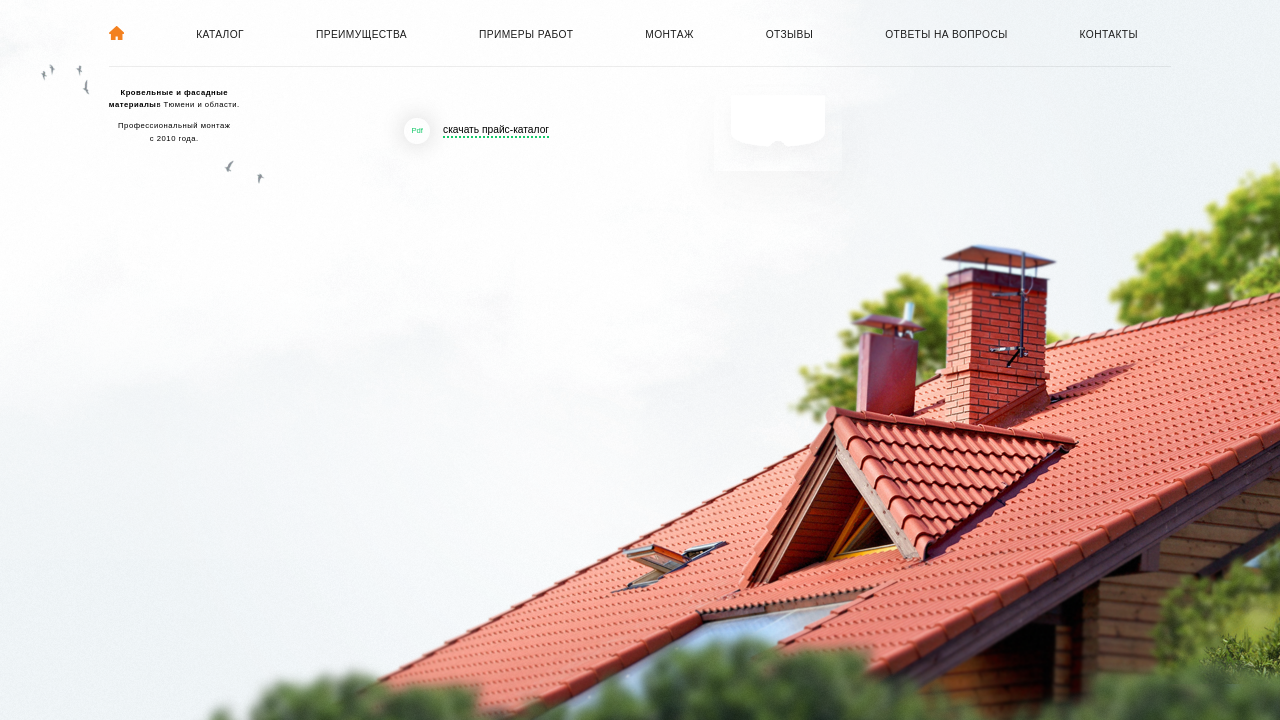
Repository: dima-hacker0/test_task_deyneka
Page: /
An editor plug-in stored every save of this project. The page is shown before and after the next save, followed by the edit.
The browser window is 1280 px wide. The pictures show the whole page.
The project was rebuilt for these pictures with package versions that can differ from the ones it lists, and the page was loaded fresh each time.

Above is the page before, as saved 2022-06-22 16:22:18.

### src/index.css
/*! normalize.css v8.0.1 | MIT License | github.com/necolas/normalize.css */

/* Document
   ========================================================================== */

/**
 * 1. Correct the line height in all browsers.
 * 2. Prevent adjustments of font size after orientation changes in iOS.
 */
* {
  margin: 0;
  padding: 0;
}

html {
  line-height: 1.15; /* 1 */
  -webkit-text-size-adjust: 100%; /* 2 */
}

/* Sections
   ========================================================================== */

/**
 * Remove the margin in all browsers.
 */

body {
  margin: 0;
  font-family: "Montserrat", sans-serif;
}

/**
 * Render the `main` element consistently in IE.
 */

main {
  display: block;
}

/**
 * Correct the font size and margin on `h1` elements within `section` and
 * `article` contexts in Chrome, Firefox, and Safari.
 */

h1 {
  font-size: 2em;
  margin: 0.67em 0;
}

/* Grouping content
   ========================================================================== */

/**
 * 1. Add the correct box sizing in Firefox.
 * 2. Show the overflow in Edge and IE.
 */

hr {
  box-sizing: content-box; /* 1 */
  height: 0; /* 1 */
  overflow: visible; /* 2 */
}

/**
 * 1. Correct the inheritance and scaling of font size in all browsers.
 * 2. Correct the odd `em` font sizing in all browsers.
 */

pre {
  font-family: monospace, monospace; /* 1 */
  font-size: 1em; /* 2 */
}

/* Text-level semantics
   ========================================================================== */

/**
 * Remove the gray background on active links in IE 10.
 */

a {
  background-color: transparent;
  text-decoration: none;
}

/**
 * 1. Remove the bottom border in Chrome 57-
 * 2. Add the correct text decoration in Chrome, Edge, IE, Opera, and Safari.
 */

abbr[title] {
  border-bottom: none; /* 1 */
  text-decoration: underline; /* 2 */
  text-decoration: underline dotted; /* 2 */
}

/**
 * Add the correct font weight in Chrome, Edge, and Safari.
 */

b,
strong {
  font-weight: bolder;
}

/**
 * 1. Correct the inheritance and scaling of font size in all browsers.
 * 2. Correct the odd `em` font sizing in all browsers.
 */

code,
kbd,
samp {
  font-family: monospace, monospace; /* 1 */
  font-size: 1em; /* 2 */
}

/**
 * Add the correct font size in all browsers.
 */

small {
  font-size: 80%;
}

/**
 * Prevent `sub` and `sup` elements from affecting the line height in
 * all browsers.
 */

sub,
sup {
  font-size: 75%;
  line-height: 0;
  position: relative;
  vertical-align: baseline;
}

sub {
  bottom: -0.25em;
}

sup {
  top: -0.5em;
}

/* Embedded content
   ========================================================================== */

/**
 * Remove the border on images inside links in IE 10.
 */

img {
  border-style: none;
}

/* Forms
   ========================================================================== */

/**
 * 1. Change the font styles in all browsers.
 * 2. Remove the margin in Firefox and Safari.
 */

button,
input,
optgroup,
select,
textarea {
  font-family: inherit; /* 1 */
  font-size: 100%; /* 1 */
  line-height: 1.15; /* 1 */
  margin: 0; /* 2 */
}

/**
 * Show the overflow in IE.
 * 1. Show the overflow in Edge.
 */

button,
input {
  /* 1 */
  overflow: visible;
}

/**
 * Remove the inheritance of text transform in Edge, Firefox, and IE.
 * 1. Remove the inheritance of text transform in Firefox.
 */

button,
select {
  /* 1 */
  text-transform: none;
}

/**
 * Correct the inability to style clickable types in iOS and Safari.
 */

button,
[type="button"],
[type="reset"],
[type="submit"] {
  -webkit-appearance: button;
}

/**
 * Remove the inner border and padding in Firefox.
 */

button::-moz-focus-inner,
[type="button"]::-moz-focus-inner,
[type="reset"]::-moz-focus-inner,
[type="submit"]::-moz-focus-inner {
  border-style: none;
  padding: 0;
}

/**
 * Restore the focus styles unset by the previous rule.
 */

button:-moz-focusring,
[type="button"]:-moz-focusring,
[type="reset"]:-moz-focusring,
[type="submit"]:-moz-focusring {
  outline: 1px dotted ButtonText;
}

/**
 * Correct the padding in Firefox.
 */

fieldset {
  padding: 0.35em 0.75em 0.625em;
}

/**
 * 1. Correct the text wrapping in Edge and IE.
 * 2. Correct the color inheritance from `fieldset` elements in IE.
 * 3. Remove the padding so developers are not caught out when they zero out
 *    `fieldset` elements in all browsers.
 */

legend {
  box-sizing: border-box; /* 1 */
  color: inherit; /* 2 */
  display: table; /* 1 */
  max-width: 100%; /* 1 */
  padding: 0; /* 3 */
  white-space: normal; /* 1 */
}

/**
 * Add the correct vertical alignment in Chrome, Firefox, and Opera.
 */

progress {
  vertical-align: baseline;
}

/**
 * Remove the default vertical scrollbar in IE 10+.
 */

textarea {
  overflow: auto;
}

/**
 * 1. Add the correct box sizing in IE 10.
 * 2. Remove the padding in IE 10.
 */

[type="checkbox"],
[type="radio"] {
  box-sizing: border-box; /* 1 */
  padding: 0; /* 2 */
}

/**
 * Correct the cursor style of increment and decrement buttons in Chrome.
 */

[type="number"]::-webkit-inner-spin-button,
[type="number"]::-webkit-outer-spin-button {
  height: auto;
}

/**
 * 1. Correct the odd appearance in Chrome and Safari.
 * 2. Correct the outline style in Safari.
 */

[type="search"] {
  -webkit-appearance: textfield; /* 1 */
  outline-offset: -2px; /* 2 */
}

/**
 * Remove the inner padding in Chrome and Safari on macOS.
 */

[type="search"]::-webkit-search-decoration {
  -webkit-appearance: none;
}

/**
 * 1. Correct the inability to style clickable types in iOS and Safari.
 * 2. Change font properties to `inherit` in Safari.
 */

::-webkit-file-upload-button {
  -webkit-appearance: button; /* 1 */
  font: inherit; /* 2 */
}

/* Interactive
   ========================================================================== */

/*
 * Add the correct display in Edge, IE 10+, and Firefox.
 */

details {
  display: block;
}

/*
 * Add the correct display in all browsers.
 */

summary {
  display: list-item;
}

/* Misc
   ========================================================================== */

/**
 * Add the correct display in IE 10+.
 */

template {
  display: none;
}

/**
 * Add the correct display in IE 10.
 */

[hidden] {
  display: none;
}

### src/App.jsx
import "./App.css";
import Header from "./components/header/header";
import MainPage from "./components/main_page/main_page";

function App() {
  return (
    <div className="App">
      <Header />
      <MainPage />
    </div>
  );
}

export default App;

### src/App.css
body {
  background-image: url(./images/BG.png);
  background-size: 100vw;
  background-repeat: no-repeat;
  min-height: 100vh;
}

### src/components/header/header.jsx
import Svg from "../../svg/svg";
import classes from "./header.module.css";

const Header = () => {
  return (
    <header className={classes.header}>
      <div className={classes.container}>
        <nav className={classes.navigation}>
          <a href="/">
            <Svg id="house" styles={classes.svg} />
          </a>
          <a href="/" className={classes.linkPage}>
            каталог
          </a>
          <a href="/" className={classes.linkPage}>
            преимущества
          </a>
          <a href="/" className={classes.linkPage}>
            примеры работ
          </a>
          <a href="/" className={classes.linkPage}>
            монтаж
          </a>
          <a href="/" className={classes.linkPage}>
            отзывы
          </a>
          <a href="/" className={classes.linkPage}>
            ответы на вопросы
          </a>
          <a href="/" className={classes.linkPage}>
            контакты
          </a>
        </nav>
      </div>
    </header>
  );
};

export default Header;

### src/components/main_page/main_page.jsx
import classes from "./main_page.module.css";
import TopPanel from "./top_panel/top_panel";

const MainPage = () => {
  return (
    <section className={classes.mainPage}>
      <div className={classes.container}>
        <TopPanel />
      </div>
    </section>
  );
};

export default MainPage;

### src/svg/svg.jsx
const Svg = ({ id, styles }) => {
  switch (id) {
    case "house":
      return (
        <svg
          className={styles}
          viewBox="0 0 23 22"
          fill="none"
          xmlns="http://www.w3.org/2000/svg"
        >
          <path
            d="M22.6129 9.77275L12.2944 0.311896C11.8406 -0.103965 11.1578 -0.103965 10.7041 0.311896L0.385564 9.77275C0.0216964 10.1073 -0.0951005 10.618 0.0800948 11.0791C0.25529 11.5402 0.691032 11.8385 1.18068 11.8385H2.82931V21.3174C2.82931 21.6926 3.13029 22 3.50763 22H9.1633C9.53615 22 9.84162 21.6971 9.84162 21.3174V15.5632H13.1658V21.3174C13.1658 21.6926 13.4668 22 13.8442 22H19.4953C19.8682 22 20.1736 21.6971 20.1736 21.3174V11.8385H21.8223C22.3119 11.8385 22.7432 11.5402 22.9229 11.0791C23.0936 10.618 22.9768 10.1073 22.6129 9.77275Z"
            fill="#F38120"
          />
        </svg>
      );
    case "form":
      return (
        <svg
          className={styles}
          viewBox="0 0 374 248"
          fill="none"
          xmlns="http://www.w3.org/2000/svg"
        >
          <g filter="url(#filter0_d_1820_633)">
            <path
              d="M187 25H50V129.073C50 138.022 54.4674 146.474 61.913 151.446C84.4155 166.195 128.097 171.332 157.383 172.99C160.857 173.155 164.167 171.332 165.987 168.349C170.289 161.223 178.065 156.417 187 156.417C195.935 156.417 203.711 161.223 208.013 168.349C209.833 171.332 213.142 173.155 216.617 172.99C245.903 171.167 289.585 166.195 312.087 151.446C319.533 146.474 324 138.188 324 129.073V25H187Z"
              fill="white"
            />
          </g>
          <defs>
            <filter
              id="filter0_d_1820_633"
              x="0"
              y="0"
              width="374"
              height="248"
              filterUnits="userSpaceOnUse"
              color-interpolation-filters="sRGB"
            >
              <feFlood flood-opacity="0" result="BackgroundImageFix" />
              <feColorMatrix
                in="SourceAlpha"
                type="matrix"
                values="0 0 0 0 0 0 0 0 0 0 0 0 0 0 0 0 0 0 127 0"
                result="hardAlpha"
              />
              <feOffset dy="25" />
              <feGaussianBlur stdDeviation="25" />
              <feComposite in2="hardAlpha" operator="out" />
              <feColorMatrix
                type="matrix"
                values="0 0 0 0 0 0 0 0 0 0 0 0 0 0 0 0 0 0 0.03 0"
              />
              <feBlend
                mode="normal"
                in2="BackgroundImageFix"
                result="effect1_dropShadow_1820_633"
              />
              <feBlend
                mode="normal"
                in="SourceGraphic"
                in2="effect1_dropShadow_1820_633"
                result="shape"
              />
            </filter>
          </defs>
        </svg>
      );
    default:
      return <svg></svg>;
  }
};

export default Svg;

### src/components/header/header.module.css
.linkPage {
  text-transform: uppercase;
  font-weight: 500;
  color: #1c1c1c;
  font-size: 0.8vw;
  letter-spacing: 0.03vw;
  transition: 0.4s;
}
.navigation {
  display: flex;
  justify-content: space-between;
  align-items: center;
  max-width: 80.4vw;
  padding-top: 2vw;
  padding-bottom: 1.7vw;
}
.container {
  max-width: 83vw;
  margin: 0 auto;
  border-bottom: 1px solid rgba(0, 0, 0, 0.07);
}
.svg {
  width: 1.2vw;
}
.linkPage:after {
  display: block;
  content: "";
  height: 1px;
  width: 0%;
  background-color: #f38120;
  transition: width 0.4s ease-in-out;
}
.linkPage:hover:after,
.linkPage:focus:after {
  width: 100%;
}
.linkPage:hover {
  color: #f38120;
}

### src/components/main_page/main_page.module.css
.container {
  max-width: 83vw;
  margin: 0 auto;
}

### src/components/main_page/top_panel/top_panel.jsx
import Svg from "../../../svg/svg";
import DownloadCatalog from "./download_catalog/download_catalog";
import Materials from "./materials/materials";
import classes from "./top_panel.module.css";

const TopPanel = () => {
  return (
    <div className={classes.items}>
      <Materials />
      <DownloadCatalog />
      <div>
        <Svg id="form" styles={classes.logo} />
      </div>
      <div></div>
      <div></div>
    </div>
  );
};

export default TopPanel;

### src/components/main_page/top_panel/download_catalog/download_catalog.jsx
import classes from "./download_catalog.module.css";

const DownloadCatalog = () => {
  return (
    <div className={classes.block}>
      <div className={classes.circlePdf}>Pdf</div>
      <p className={classes.downloadСatalog}>скачать прайс-каталог</p>
    </div>
  );
};

export default DownloadCatalog;

### src/components/main_page/top_panel/materials/materials.jsx
import classes from "./materials.module.css";

const Materials = () => {
  return (
    <div className={classes.item}>
      <p className={classes.text}>
        <span className={classes.textMaterials}>
          Кровельные и фасадные <br /> материалы
        </span>
        в Тюмени и области.
      </p>
      <p className={classes.text}>
        Профессиональный монтаж <br /> с 2010 года.
      </p>
    </div>
  );
};

export default Materials;

### src/components/main_page/top_panel/top_panel.module.css
.items {
  padding-top: 1.5vw;
  display: flex;
  justify-content: space-between;
}
.logo {
  width: 10vw;
  box-shadow: 0px 25px 50px rgba(0, 0, 0, 0.03);
}

### src/components/main_page/top_panel/download_catalog/download_catalog.module.css
.circlePdf {
  color: #12c868;
  font-size: 0.6vw;
  width: 2vw;
  height: 2vw;
  justify-content: center;
  align-items: center;
  display: flex;
  box-shadow: 0px 0px 25px rgb(0 0 0 / 18%);
  border-radius: 50%;
}
.downloadСatalog {
  font-size: 0.8vw;
  border-bottom: 2px dotted #12c868;
}
.block {
  display: flex;
  align-items: center;
  justify-content: space-between;
  width: 11.3vw;
  cursor: pointer;
}

### src/components/main_page/top_panel/materials/materials.module.css
.textMaterials {
  font-weight: 600;
}
.text {
  font-size: 0.6vw;
  letter-spacing: 0.04vw;
  text-align: center;
  line-height: 1vw;
}
.item .text:first-child {
  margin-bottom: 8px;
}

Loaded but not shown: public/index.html (common file); src/index.js (common file)

After the next save:
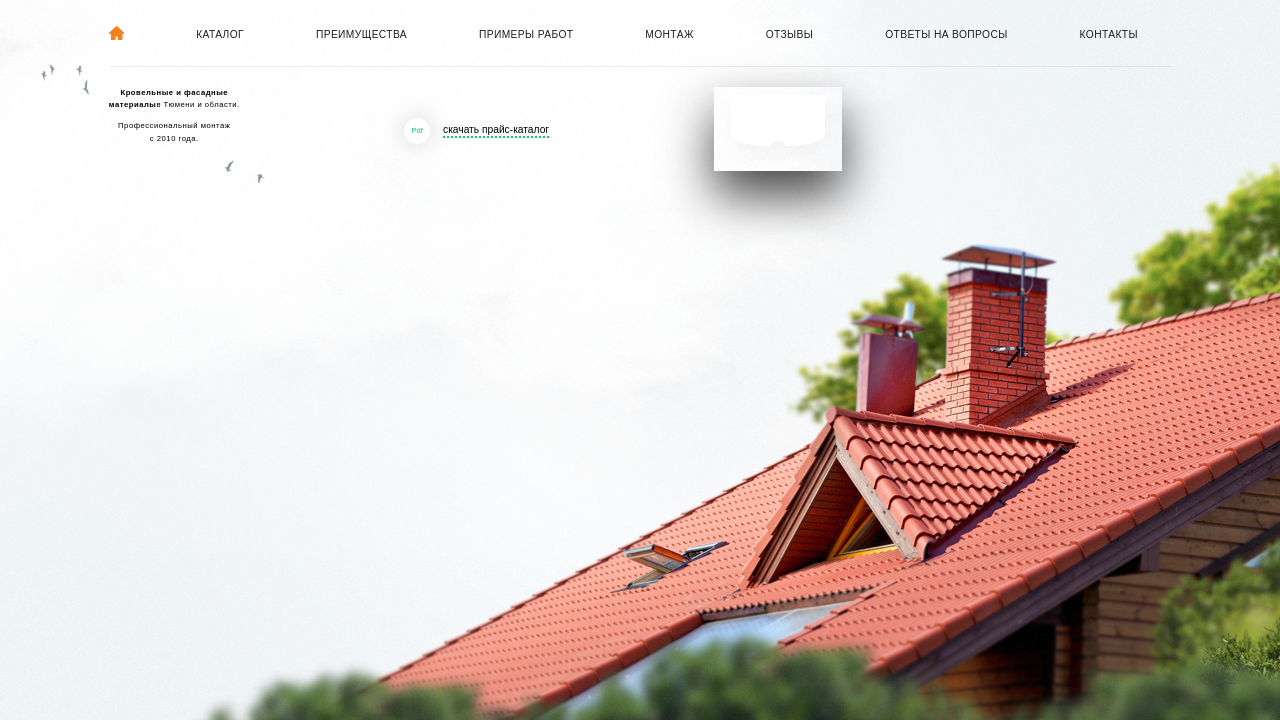
Saved 14 s later.
--- a/src/components/main_page/top_panel/top_panel.module.css
+++ b/src/components/main_page/top_panel/top_panel.module.css
@@ -5,5 +5,5 @@
 }
 .logo {
   width: 10vw;
-  box-shadow: 0px 25px 50px rgba(0, 0, 0, 0.03);
+  box-shadow: 0px 25px 50px rgba(0, 0, 0, 0.73);
 }
